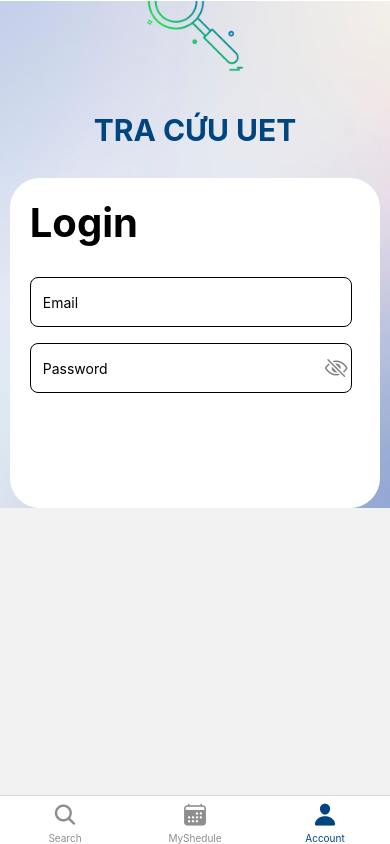
Repository: nguyenkhackien/Student-Progress-Tracker-
Screen: /Account (app in MyApp/)
The author's editor kept a copy of each file at every save. The screen is drawn from the files as they stood at one save, then again after the next save.
The app was drawn by React Native's web renderer in a window 390 px wide. The project was rebuilt for these pictures with package versions that can differ from the ones it lists, and the page was loaded fresh each time. Also part of the build but not shown: MyApp/src/components/MyScheduleScreen.js.

Above is the screen before, as saved 2024-07-21 22:07:20.

After the next save:
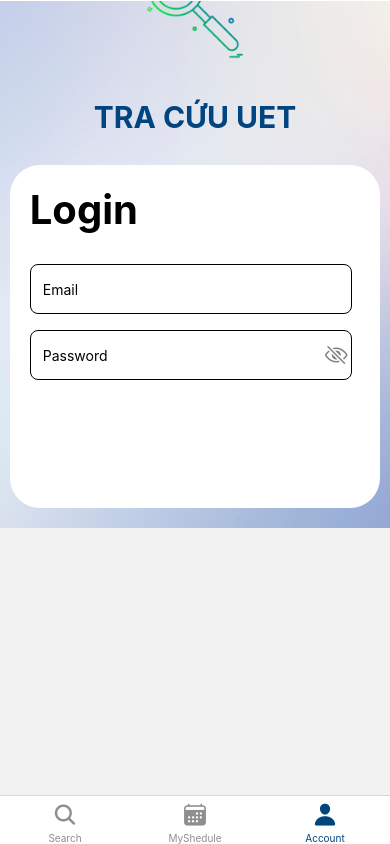
Saved 41 s later.
--- a/MyApp/src/components/LoginScreen.js
+++ b/MyApp/src/components/LoginScreen.js
@@ -94,6 +94,7 @@ const styles = {
         width: "95%",
         height: "65%",
         padding: 20,
+        marginBottom:20,
         backgroundColor: "white",
         borderRadius: 30,
     },
